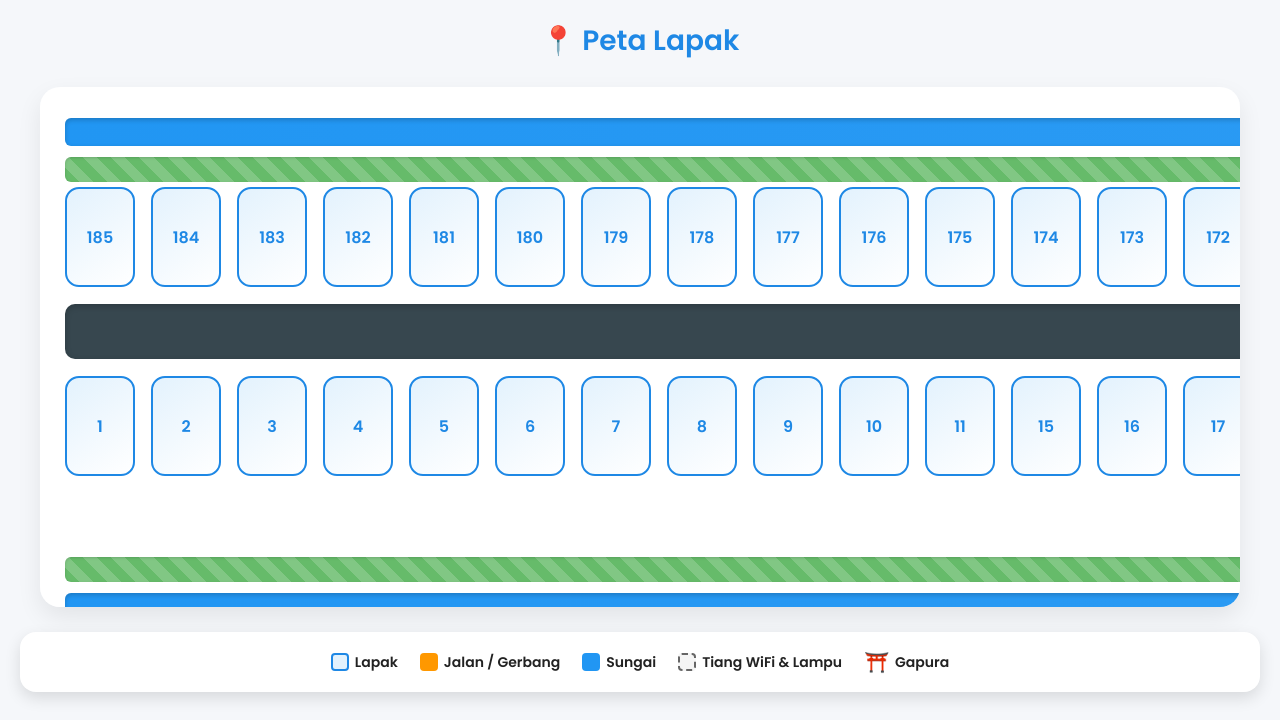
Repository: pasarrakyatbak/denah
Page: index.html
An editor plug-in stored every save of this project. The page is shown before and after the next save, followed by the edit.
The browser window is 1280 px wide. The pictures show the whole page.
An inner scrolling area shows only its first screen.

Above is the page before, as saved 2025-09-19 18:43:07.

### index.html
<!DOCTYPE html>
<html lang="id">

<head>
    <meta charset="utf-8" />
    <meta name="viewport" content="width=device-width, initial-scale=1" />
    <title>Peta Lapak Modern</title>
    <link href="https://fonts.googleapis.com/css2?family=Poppins:wght@400;600&display=swap" rel="stylesheet">
    <link rel="stylesheet" href="style.css" />
</head>

<body>
    <h1>📍 Peta Lapak</h1>

    <!-- Tooltip -->
    <div class="tooltip" id="tooltip"></div>

    <!-- Grid Container -->
    <div class="scroll-container">
        <div class="h-inner">

            <!-- Rumput kiri -->
            <div class="sungai-side">🌊 Sungai</div>
            <div class="rumput"></div>

            <!-- Lapak kiri (atas jalan) -->
            <div class="row top" id="left-side"></div>

            <!-- Jalan utama -->
            <div class="road-wrapper">
                <div class="road">JALAN UTAMA</div>
            </div>

            <!-- Lapak kanan (bawah jalan) -->
            <div class="row bottom" id="right-side"></div>

            <!-- Rumput kanan -->
            <div class="rumput"></div>
            <div class="sungai-side">🌊 Sungai</div>
        </div>
    </div>


    <!-- Legend -->
    <div class="legend">
        <div>
            <div class="legend-color lapak-color"></div> Lapak
        </div>
        <div>
            <div class="legend-color jalan-color"></div> Jalan / Gerbang
        </div>
        <div>
            <div class="legend-color sungai-color"></div> Sungai
        </div>
        <div>
            <div class="legend-color tiang-color"></div> Tiang WiFi & Lampu
        </div>
        <div>
            <div class="legend-icon">⛩️</div> Gapura
        </div>
    </div>
    </div>

    <script src="script.js"></script>
</body>

</html>

### style.css
/* Reset & Base */
* {
    margin: 0;
    padding: 0;
    box-sizing: border-box;
}

body {
    font-family: 'Poppins', sans-serif;
    background: #f5f7fa;
    color: #222;
    padding: 20px;
    text-align: center;
}

h1 {
    font-size: 28px;
    margin-bottom: 25px;
    color: #1e88e5;
    font-weight: 700;
}

/* Scroll container */
.scroll-container {
    width: 100%;
    max-width: 1200px;
    height: 520px;
    overflow: auto;
    background: #fff;
    border-radius: 20px;
    padding: 25px;
    box-shadow: 0 10px 25px rgba(0, 0, 0, 0.08);
    margin: auto;
}

.h-inner {
    display: flex;
    flex-direction: column;
    gap: 5px;
    min-width: max-content;
}

.row {
    display: flex;
    gap: 16px;
    align-items: flex-start;
    flex-wrap: wrap;
    min-width: max-content;
}

/* Lapak modern */
.lapak {
    width: 70px;
    height: 100px;
    border-radius: 14px;
    background: linear-gradient(145deg, #e3f2fd, #ffffff);
    border: 2px solid #1e88e5;
    color: #1e88e5;
    font-weight: 600;
    display: flex;
    align-items: center;
    justify-content: center;
    cursor: pointer;
    font-size: 16px;
    transition: all 0.3s ease;
}

.lapak:hover {
    background: #1e88e5;
    color: #fff;
    transform: translateY(-6px) scale(1.08);
    box-shadow: 0 10px 18px rgba(30, 136, 229, 0.35);
}

/* Jalan utama */
.road {
    height: 85px;
    background: #37474f;
    color: #fff;
    display: flex;
    align-items: center;
    justify-content: center;
    border-radius: 14px;
    font-weight: 700;
    font-size: 16px;
    margin: 12px 0;
    letter-spacing: 1px;
    box-shadow: inset 0 2px 6px rgba(0, 0, 0, 0.2);
}

/* Jalan / Gerbang */
.jalan-gerbang {
    width: 150px;
    height: 50px;
    background: #ff9800;
    color: #fff;
    display: flex;
    align-items: center;
    justify-content: center;
    border-radius: 12px;
    font-weight: 700;
    transition: all 0.3s;
    box-shadow: 0 4px 12px rgba(255, 152, 0, 0.3);
}

.jalan-gerbang:hover {
    background: #fb8c00;
    transform: translateY(-4px);
}

/* Gapura lintas jalan */
.gapura-container {
    width: 70px;
    height: 100px;
    display: flex;
    flex-direction: column;
    align-items: center;
    justify-content: center;
    gap: 4px;
}

.gapura-icon {
    font-size: 26px;
}

.gapura-arrow {
    font-size: 18px;
}

/* Sungai */
.sungai-bawah {
    background: linear-gradient(180deg, #2196f3 0%, #64b5f6 100%);
    border-radius: 12px;
    color: #fff;
    font-weight: 600;
    display: flex;
    align-items: center;
    justify-content: center;
    font-size: 0.85em;
    width: 120%;
    height: 40px;
    box-shadow: 0 3px 8px rgba(33, 150, 243, 0.4);
}

.sungai-atas {
    background: linear-gradient(90deg, #00bfff, #4fc3f7);
    color: #fff;
    font-size: 12px;
    font-weight: bold;
    padding: 4px 10px;
    border-radius: 8px;
    margin-bottom: 5px;
}

/* Tiang WiFi + Lampu */
.tiang-container {
    width: auto;
    min-width: 120px;
    padding: 8px 12px;
    background: #fafafa;
    border: 2px dashed #666;
    border-radius: 16px;
    display: flex;
    flex-direction: row;
    /* <== sejajar horizontal */
    align-items: center;
    justify-content: center;
    gap: 12px;
    /* jarak antar ikon */
    font-size: 22px;
    font-weight: bold;
    color: #444;
    box-shadow: inset 0 2px 6px rgba(0, 0, 0, 0.05);
}

.tiang-label {
    font-size: 11px;
    font-weight: 600;
    color: #222;
}


/* Tooltip */
.tooltip {
    position: absolute;
    background: rgba(30, 136, 229, 0.95);
    color: #fff;
    padding: 7px 12px;
    border-radius: 8px;
    font-size: 13px;
    pointer-events: none;
    opacity: 0;
    transition: opacity 0.2s, transform 0.2s;
    z-index: 10;
    transform: translateY(-4px);
}

/* Legend */
.legend {
    margin-top: 25px;
    background: #fff;
    padding: 14px 20px;
    border-radius: 16px;
    box-shadow: 0 6px 16px rgba(0, 0, 0, 0.12);
    font-size: 14px;
    font-weight: 600;
    line-height: 1.6;
    display: flex;
    gap: 22px;
    justify-content: center;
    flex-wrap: wrap;
}

.legend div {
    display: flex;
    align-items: center;
    gap: 6px;
}

.legend-color {
    width: 18px;
    height: 18px;
    border-radius: 4px;
}

.legend-icon {
    font-size: 20px;
}

/* Legend colors */
.lapak-color {
    background: #e3f2fd;
    border: 2px solid #1e88e5;
}

.jalan-color {
    background: #ff9800;
}

.sungai-color {
    background: #2196f3;
}

.tiang-color {
    background: #f5f5f5;
    border: 2px dashed #666;
}

/* Wrapper */
.lapak-wrapper {
    display: flex;
    flex-direction: column;
    align-items: center;
    gap: 6px;
}

.lapak-wrapper .lapak {
    order: 2;
}

.lapak-wrapper .jalan-gerbang,
.lapak-wrapper .gapura-container,
.lapak-wrapper .sungai-atas,
.lapak-wrapper .sungai-bawah,
.lapak-wrapper .tiang-container {
    order: 1;
}

/* Bungkus jalan + rumput */
.road-wrapper {
    display: flex;
    flex-direction: column;
    gap: 6px;
    width: 100%;
}

/* Jalan utama penuh kiri kanan */
.road {
    height: 55px;
    width: 100%;
    background: #37474f;
    color: #fff;
    display: flex;
    align-items: center;
    justify-content: center;
    border-radius: 10px;
    font-weight: 700;
    font-size: 16px;
    letter-spacing: 1px;
    box-shadow: inset 0 2px 6px rgba(0, 0, 0, 0.2);
}

/* Rumput di sisi jalan */
.rumput {
    height: 25px;
    width: 100%;
    background: repeating-linear-gradient(45deg,
            #66bb6a,
            #66bb6a 10px,
            #81c784 10px,
            #81c784 20px);
    border-radius: 6px;
    box-shadow: inset 0 1px 3px rgba(0, 0, 0, 0.15);
}

/* Sungai samping */
.sungai-side {
    width: 100%;
    height: 28px;
    background: linear-gradient(90deg, #2196f3, #64b5f6);
    border-radius: 6px;
    color: #fff;
    font-weight: 600;
    font-size: 13px;
    display: flex;
    align-items: center;
    justify-content: center;
    gap: 6px;
    box-shadow: inset 0 2px 5px rgba(0, 0, 0, 0.2);
    margin: 6px 0;
}

/* Responsive */
@media(max-width:900px) {
    .scroll-container {
        height: 450px;
    }

    .lapak {
        width: 60px;
        height: 90px;
        font-size: 14px;
    }

    .jalan-gerbang {
        width: 120px;
        height: 45px;
        font-size: 13px;
    }
}

@media(max-width:600px) {
    body {
        padding: 12px;
    }

    h1 {
        font-size: 22px;
    }

    .scroll-container {
        height: 400px;
        padding: 12px;
    }

    .lapak {
        width: 50px;
        height: 80px;
        font-size: 13px;
    }

    .jalan-gerbang {
        width: 100px;
        height: 40px;
        font-size: 12px;
    }

    .sungai-bawah {
        width: 100%;
        height: 35px;
        font-size: 0.75em;
    }
}

### script.js
// DATA NOMOR
const leftNumbers = [194, 195, 196, 197, 198, 199, 200, 201, 202, 203, 204, 205, 206, 207, 208, 209, 210, 211, 212, 213, 105, 106, 107, 108, 109, 110, 111, 112, 113, 114, 115, 116, 117, 118, 119, 120, 121, 122, 123, 124, 125, 126, 127, 128, 129, 130, 131, 132, 133, 134, 135, 136, 137, 138, 214, 215, 216, 139, 140, 141, 142, 143, 144, 145, 146, 147, 148, 149, 150, 151, 152, 153, 154, 155, 156, 157, 158, 159, 160, 161, 162, 163, 164, 165, 166, 167, 168, 169, 170, 171, 172, 173, 174, 175, 176, 177, 178, 179, 180, 181, 182, 183, 184, 185];
const rightNumbers = [1, 2, 3, 4, 5, 6, 7, 8, 9, 10, 11, 15, 16, 17, 18, 19, 20, 21, 22, 23, 24, 25, 26, 27, 28, 29, 30, 31, 32, 33, 34, 35, 36, 37, 38, 39, 40, 41, 42, 43, 44, 45, 46, 47, 48, 49, 50, 51, 52, 53, 54, 55, 56, 57, 58, 59, 60, 61, 62, 63, 64, 65, 66, 67, 68, 69, 70, 71, 72, 73, 74, 75, 76, 77, 78, 79, 80, 81, 82, 83, 84, 85, 86, 87, 88, 89, 90, 91, 92, 93, 94, 95, 96, 97, 98, 99, 100, 101, 102, 103, 104, 186, 187, 188, 189, 190, 191, 192, 193];

const rightSide = document.getElementById('right-side');
const leftSide = document.getElementById('left-side');

// Buat lapak
function makeLapak(num) {
    const d = document.createElement('div');
    d.className = 'lapak';
    d.textContent = num;
    return d;
}

rightNumbers.forEach(n => rightSide.appendChild(makeLapak(n)));
leftNumbers.slice().reverse().forEach(n => leftSide.appendChild(makeLapak(n)));

// Gerbang
function insertGerbangBetween(parent, a, b, label = 'Gerbang') {
    const children = Array.from(parent.children);
    const idxA = children.findIndex(c => c.textContent == String(a));
    const idxB = children.findIndex(c => c.textContent == String(b));
    if (idxA === -1 || idxB === -1) return;
    const insertAfterIndex = Math.min(idxA, idxB);
    const refNode = parent.children[insertAfterIndex + 1] || null;
    const g = document.createElement('div');
    g.className = 'jalan-gerbang';
    g.textContent = label;
    parent.insertBefore(g, refNode);
}
insertGerbangBetween(leftSide, 2, 3);
insertGerbangBetween(leftSide, 11, 15);

// Gapura lintas jalan
function insertGapura(leftParent, rightParent, a, b) {
    const idxL = Array.from(leftParent.children).findIndex(c => c.textContent == a);
    const idxR = Array.from(rightParent.children).findIndex(c => c.textContent == b);
    if (idxL === -1 || idxR === -1) return;

    const gapuraBottom = document.createElement('div');
    gapuraBottom.className = 'gapura-container';
    gapuraBottom.innerHTML = `<div class="gapura-icon">⛩️</div><div class="gapura-arrow">⬆️</div>`;
    leftParent.insertBefore(gapuraBottom, leftParent.children[idxL + 1]);

    const gapuraTop = document.createElement('div');
    gapuraTop.className = 'gapura-container';
    gapuraTop.innerHTML = `<div class="gapura-arrow">⬇️</div><div class="gapura-icon">⛩️</div>`;
    rightParent.insertBefore(gapuraTop, rightParent.children[idxR]);
}
insertGapura(leftSide, rightSide, 57, 146);

// Sungai
function placeSungaiBelow(parent, num) {
    const target = Array.from(parent.children).find(c => c.textContent == num);
    if (!target) return;
    const wrapper = document.createElement('div');
    wrapper.className = 'lapak-wrapper';
    wrapper.setAttribute('data-lapak', num);
    parent.insertBefore(wrapper, target);
    wrapper.appendChild(target);

    const sungai = document.createElement('div');
    sungai.className = 'sungai-bawah';
    sungai.textContent = 'Sungai';
    wrapper.appendChild(sungai);
}
function placeSungaiAbove(parent, num) {
    const target = Array.from(parent.children).find(c => c.textContent == num);
    if (!target) return;
    const wrapper = document.createElement('div');
    wrapper.className = 'lapak-wrapper';
    wrapper.setAttribute('data-lapak', num);
    parent.insertBefore(wrapper, target);
    wrapper.appendChild(target);

    const sungai = document.createElement('div');
    sungai.className = 'sungai-atas';
    sungai.textContent = 'Sungai';
    wrapper.insertBefore(sungai, target);
}
placeSungaiBelow(leftSide, 62);
placeSungaiAbove(rightSide, 141);

// Tiang WiFi + Lampu
function insertTiangAbove(parent, num) {
    const target = Array.from(parent.children).find(c => c.textContent == num);
    if (!target) return;

    const wrapper = document.createElement('div');
    wrapper.className = 'lapak-wrapper';
    parent.insertBefore(wrapper, target);
    wrapper.appendChild(target);

    const tiang = document.createElement('div');
    tiang.className = 'tiang-container';
    tiang.innerHTML = `
        <span>📡<div class="tiang-label">WiFi</div></span>
        <span>💡<div class="tiang-label">Lampu</div></span>
    `;
    wrapper.insertBefore(tiang, target);
}

// Jalan
function insertJalan(parent, a, b, label = 'Jalan') {
    const idxA = Array.from(parent.children).findIndex(c => c.textContent == a);
    const idxB = Array.from(parent.children).findIndex(c => c.textContent == b);
    if (idxA === -1 || idxB === -1) return;
    const insertAfter = Math.min(idxA, idxB);
    const refNode = parent.children[insertAfter + 1] || null;
    const jalan = document.createElement('div');
    jalan.className = 'jalan-gerbang';
    jalan.textContent = label;
    parent.insertBefore(jalan, refNode);
}

// Contoh insert
insertJalan(rightSide, 156, 157);
insertJalan(rightSide, 216, 139);
insertJalan(rightSide, 163, 164);
insertJalan(rightSide, 180, 181);
insertTiangAbove(rightSide, 20, 201);
insertTiangAbove(rightSide, 108, 109);
insertTiangAbove(rightSide, 124, 125);
insertTiangAbove(rightSide, 137, 138);

const tooltip = document.getElementById('tooltip');

function showTooltip(e, text) {
    tooltip.textContent = text;
    tooltip.style.left = e.pageX + 10 + 'px';
    tooltip.style.top = e.pageY + 10 + 'px';
    tooltip.style.opacity = 1;
}

function hideTooltip() {
    tooltip.style.opacity = 0;
}

// Tambahkan tooltip untuk setiap elemen
document.querySelectorAll('.lapak').forEach(el => {
    el.addEventListener('mouseenter', e => showTooltip(e, 'Lapak #' + el.textContent));
    el.addEventListener('mousemove', e => showTooltip(e, 'Lapak #' + el.textContent));
    el.addEventListener('mouseleave', hideTooltip);
});

document.querySelectorAll('.jalan-gerbang').forEach(el => {
    el.addEventListener('mouseenter', e => showTooltip(e, 'Jalan / Gerbang: ' + el.textContent));
    el.addEventListener('mousemove', e => showTooltip(e, 'Jalan / Gerbang: ' + el.textContent));
    el.addEventListener('mouseleave', hideTooltip);
});

document.querySelectorAll('.sungai-bawah, .sungai-atas').forEach(el => {
    el.addEventListener('mouseenter', e => showTooltip(e, 'Sungai'));
    el.addEventListener('mousemove', e => showTooltip(e, 'Sungai'));
    el.addEventListener('mouseleave', hideTooltip);
});

document.querySelectorAll('.tiang-container').forEach(el => {
    el.addEventListener('mouseenter', e => showTooltip(e, 'Tiang WiFi & Lampu'));
    el.addEventListener('mousemove', e => showTooltip(e, 'Tiang WiFi & Lampu'));
    el.addEventListener('mouseleave', hideTooltip);
});

document.querySelectorAll('.gapura-container').forEach(el => {
    el.addEventListener('mouseenter', e => showTooltip(e, 'Gapura Lintas Jalan'));
    el.addEventListener('mousemove', e => showTooltip(e, 'Gapura Lintas Jalan'));
    el.addEventListener('mouseleave', hideTooltip);
});

After the next save:
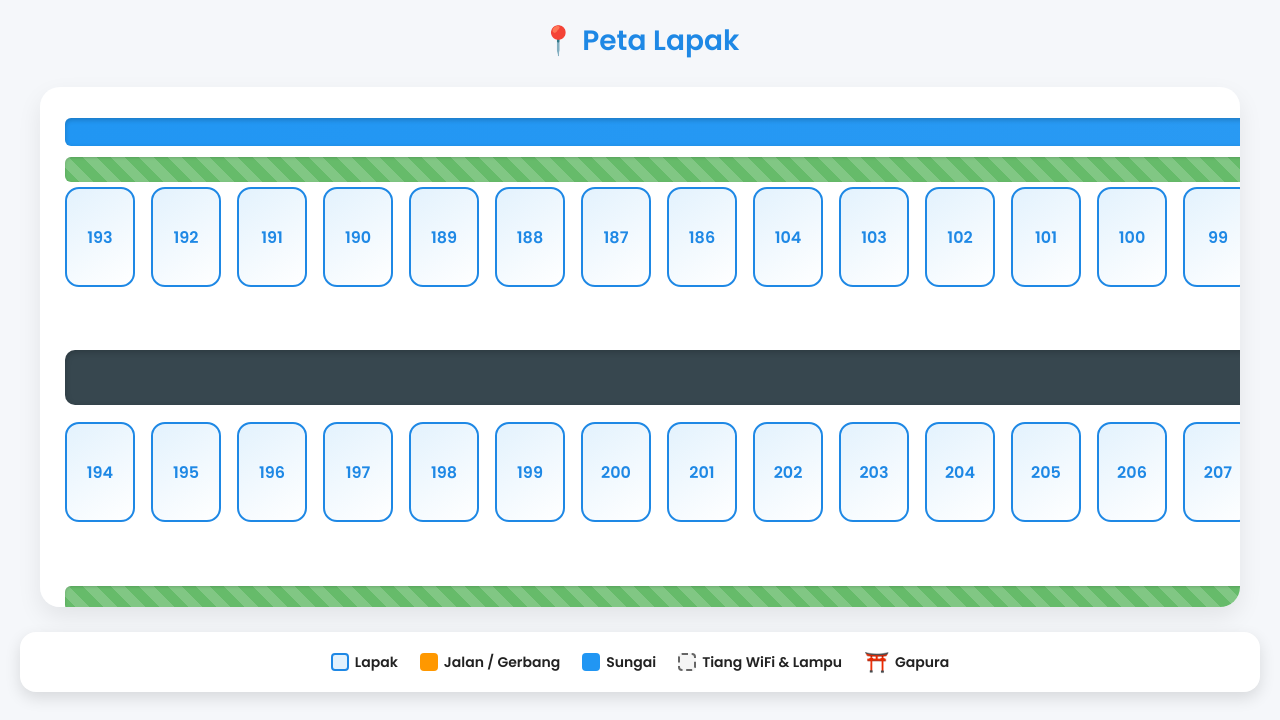
Saved 18 s later.
--- a/script.js
+++ b/script.js
@@ -1,6 +1,6 @@
 // DATA NOMOR
-const leftNumbers = [194, 195, 196, 197, 198, 199, 200, 201, 202, 203, 204, 205, 206, 207, 208, 209, 210, 211, 212, 213, 105, 106, 107, 108, 109, 110, 111, 112, 113, 114, 115, 116, 117, 118, 119, 120, 121, 122, 123, 124, 125, 126, 127, 128, 129, 130, 131, 132, 133, 134, 135, 136, 137, 138, 214, 215, 216, 139, 140, 141, 142, 143, 144, 145, 146, 147, 148, 149, 150, 151, 152, 153, 154, 155, 156, 157, 158, 159, 160, 161, 162, 163, 164, 165, 166, 167, 168, 169, 170, 171, 172, 173, 174, 175, 176, 177, 178, 179, 180, 181, 182, 183, 184, 185];
-const rightNumbers = [1, 2, 3, 4, 5, 6, 7, 8, 9, 10, 11, 15, 16, 17, 18, 19, 20, 21, 22, 23, 24, 25, 26, 27, 28, 29, 30, 31, 32, 33, 34, 35, 36, 37, 38, 39, 40, 41, 42, 43, 44, 45, 46, 47, 48, 49, 50, 51, 52, 53, 54, 55, 56, 57, 58, 59, 60, 61, 62, 63, 64, 65, 66, 67, 68, 69, 70, 71, 72, 73, 74, 75, 76, 77, 78, 79, 80, 81, 82, 83, 84, 85, 86, 87, 88, 89, 90, 91, 92, 93, 94, 95, 96, 97, 98, 99, 100, 101, 102, 103, 104, 186, 187, 188, 189, 190, 191, 192, 193];
+const leftNumbers = [1, 2, 3, 4, 5, 6, 7, 8, 9, 10, 11, 15, 16, 17, 18, 19, 20, 21, 22, 23, 24, 25, 26, 27, 28, 29, 30, 31, 32, 33, 34, 35, 36, 37, 38, 39, 40, 41, 42, 43, 44, 45, 46, 47, 48, 49, 50, 51, 52, 53, 54, 55, 56, 57, 58, 59, 60, 61, 62, 63, 64, 65, 66, 67, 68, 69, 70, 71, 72, 73, 74, 75, 76, 77, 78, 79, 80, 81, 82, 83, 84, 85, 86, 87, 88, 89, 90, 91, 92, 93, 94, 95, 96, 97, 98, 99, 100, 101, 102, 103, 104, 186, 187, 188, 189, 190, 191, 192, 193];
+const rightNumbers = [194, 195, 196, 197, 198, 199, 200, 201, 202, 203, 204, 205, 206, 207, 208, 209, 210, 211, 212, 213, 105, 106, 107, 108, 109, 110, 111, 112, 113, 114, 115, 116, 117, 118, 119, 120, 121, 122, 123, 124, 125, 126, 127, 128, 129, 130, 131, 132, 133, 134, 135, 136, 137, 138, 214, 215, 216, 139, 140, 141, 142, 143, 144, 145, 146, 147, 148, 149, 150, 151, 152, 153, 154, 155, 156, 157, 158, 159, 160, 161, 162, 163, 164, 165, 166, 167, 168, 169, 170, 171, 172, 173, 174, 175, 176, 177, 178, 179, 180, 181, 182, 183, 184, 185];
 
 const rightSide = document.getElementById('right-side');
 const leftSide = document.getElementById('left-side');
@@ -87,19 +87,19 @@ function insertTiangAbove(parent, num) {
     const target = Array.from(parent.children).find(c => c.textContent == num);
     if (!target) return;
 
+    // Bungkus dulu
     const wrapper = document.createElement('div');
     wrapper.className = 'lapak-wrapper';
     parent.insertBefore(wrapper, target);
     wrapper.appendChild(target);
 
+    // Tambah tiang di atas lapak
     const tiang = document.createElement('div');
     tiang.className = 'tiang-container';
-    tiang.innerHTML = `
-        <span>📡<div class="tiang-label">WiFi</div></span>
-        <span>💡<div class="tiang-label">Lampu</div></span>
-    `;
+    tiang.innerHTML = `📡<div class="tiang-label">WiFi</div>💡<div class="tiang-label">Lampu</div>`;
     wrapper.insertBefore(tiang, target);
 }
+
 
 // Jalan
 function insertJalan(parent, a, b, label = 'Jalan') {
